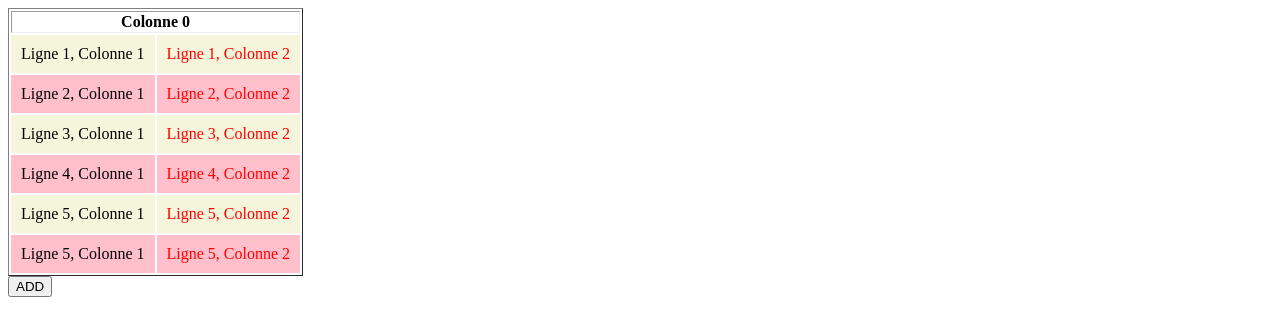
Repository: Chaimaa482/web-tp4
Page: ex1.html
The author's editor kept a copy of each file at every save. The page is drawn from the files as they stood at one save, then again after the next save.
The browser window is 1280 px wide. The pictures show the whole page.

Above is the page before, as saved 2023-10-29 15:04:10.

After the next save:
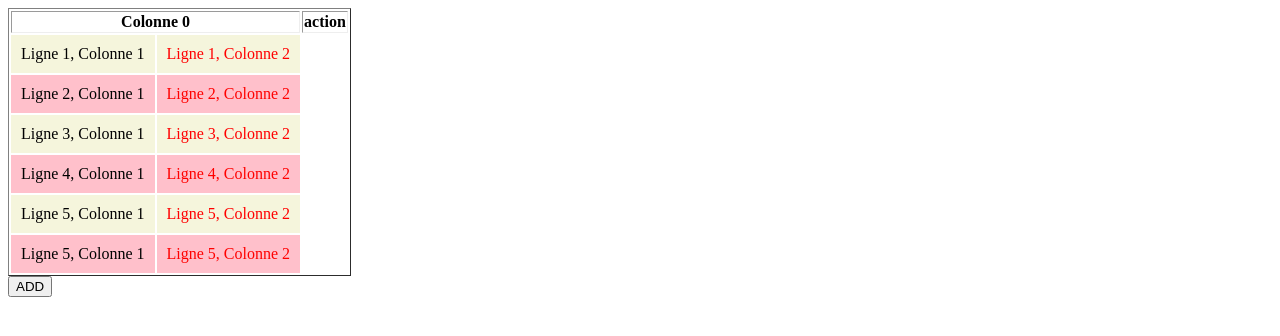
Saved 5 s later.
--- a/ex1.html
+++ b/ex1.html
@@ -7,7 +7,7 @@
         <tr>
             <th>Colonne 0</th>
             <th>Colonne 0</th>
-            <ht</html>
+            <th>action</th>
         </tr>
         <tr>
             <td>Ligne 1, Colonne 1</td>
